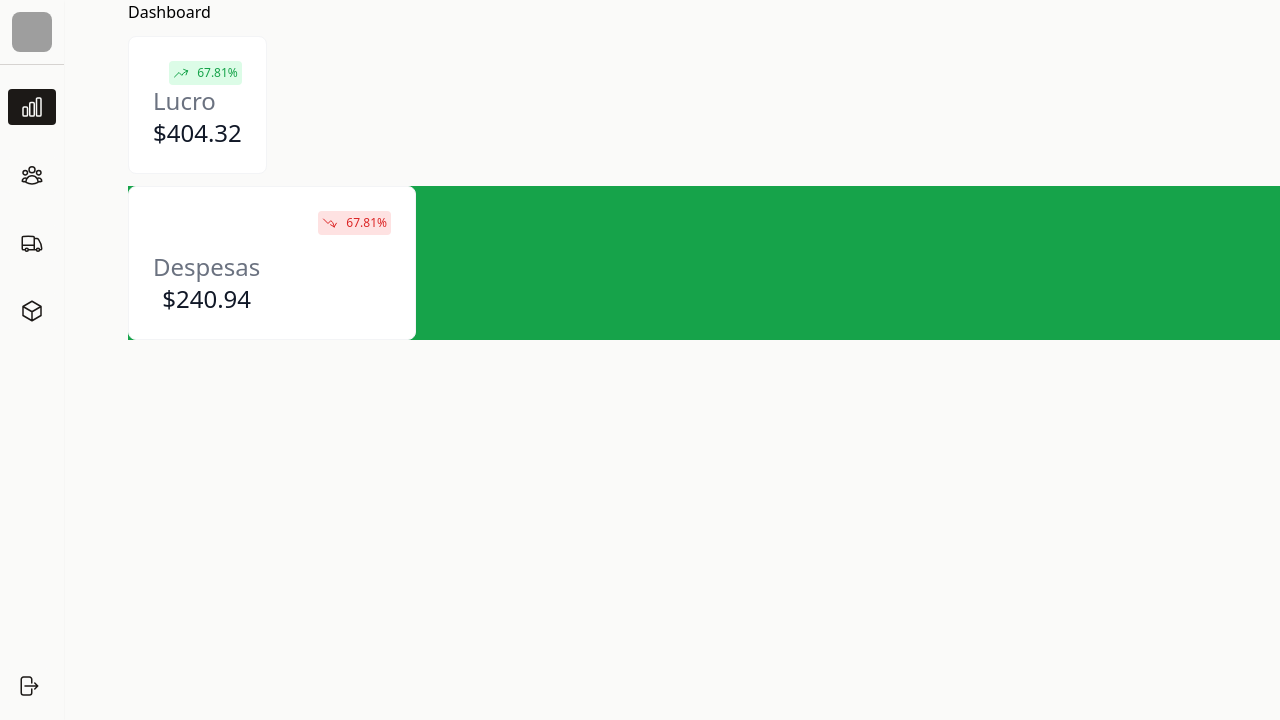
Repository: XavierOtavio/Cuzinhas
Page: /dashboard
An editor plug-in stored every save of this project. The page is shown before and after the next save, followed by the edit.
The browser window is 1280 px wide. The pictures show the whole page.
Pictures or frames that could not be fetched are drawn as grey boxes. The project was rebuilt for these pictures with package versions that can differ from the ones it lists, and the page was loaded fresh each time. Also part of the build but not shown: src/components/Orders.js, src/components/Employees.js, src/components/Login.js, src/components/Register.js, src/components/Home.js, src/components/Logotipo.js, src/components/Header.js, src/components/Footer.js and 1 more.

Above is the page before, as saved 2023-03-08 18:29:52.

### src/App.js
import { Route, Routes } from "react-router-dom";
import LayoutBackend from "./components/LayoutBackend";
import Dashboard from "./components/Dashboard";
import Orders from "./components/Orders";
import Employees from "./components/Employees";
import Login from "./components/Login";
import Register from "./components/Register";
import Home from "./components/Home";
import LayoutFront from "./components/LayoutFront";

function App() {
  return (
    <div className="App">
      <Routes>
        <Route path="/dashboard" element={<LayoutBackend />}>
          <Route path="" element={<Dashboard />} />
          <Route path="orders" element={<Orders />} />
          <Route path="employees" element={<Employees />} />
        </Route>
        <Route path="" element={<LayoutFront />}>
          <Route path="/" element={<Home />} />
        </Route>
        <Route path="/login" element={<Login />} />
        <Route path="/register" element={<Register />} />
      </Routes>
    </div>
  );
}

export default App;

### src/components/LayoutBackend.js
import React from "react";
import SideBar from "./SideBar";
import { Outlet } from "react-router-dom";

export default function LayoutBackend() {
  return (
    <>
      <div className="absolute h-screen w-screen">
        <SideBar />
        <div className="relative flex h-full items-center justify-center bg-stone-50">
          <Outlet />
        </div>
      </div>
    </>
  );
}

### src/components/Dashboard.js
import React from "react";
import {
  ArrowTrendingUpIcon,
  ArrowTrendingDownIcon,
} from "@heroicons/react/24/outline";

export default function Dashboard() {
  return (
    <div className="absolute top-0 left-0 right-0 ml-32">
      <h2 classname="w-full">Dashboard</h2>
      <div classname="grid grid-cols-12 grid-rows-6">
        <div classname="row-span-1 col-start-6 col-end-9 bg-red-600">
          <button className="flex flex-col rounded-lg border border-gray-100 bg-white p-6 my-3">
            <div className="inline-flex gap-2 self-end rounded bg-green-100 p-1 text-green-600">
              <ArrowTrendingUpIcon className="h-4 w-4" />
              <span className="text-xs font-medium"> 67.81% </span>
            </div>
            <div>
              <h1 className="block text-left text-2xl font-medium text-gray-500">
                Lucro
              </h1>
              <p>
                <span className="text-2xl font-medium text-gray-900">
                  {" "}
                  $404.32{" "}
                </span>
              </p>
            </div>
          </button>
        </div>
        <div className="row-start-2 row-end-3 col-start-6 col-end-9 bg-green-600">
          <button class="flex flex-col gap-4 rounded-lg border border-gray-100 bg-white p-6 w-3/12 my-3">
            <div class="inline-flex gap-2 self-end rounded bg-red-100 p-1 text-red-600">
              <ArrowTrendingDownIcon className="h-4 w-4" />

              <span class="text-xs font-medium"> 67.81% </span>
            </div>

            <div>
              <strong class="block text-left text-2xl font-medium text-gray-500">
                Despesas
              </strong>

              <p>
                <span class="text-2xl font-medium text-gray-900">
                  {" "}
                  $240.94{" "}
                </span>
              </p>
            </div>
          </button>
        </div>
      </div>
    </div>
  );
}

### src/components/SideBar.js
import React from "react";
import { Link, useLocation } from "react-router-dom";
import {
  ArrowRightOnRectangleIcon,
  ChartBarIcon,
  CubeIcon,
  TruckIcon,
  UserGroupIcon,
} from "@heroicons/react/24/outline";

export default function SideBar() {
  const location = useLocation();
  return (
    <div className="absolute inset-y-0 left-0 z-10 w-16 shadow-sm bg-stone-50">
      <div>
        <div className="inline-flex h-16 w-16 items-center justify-center">
          <Link
            to="/profile"
            className="group relative flex justify-center rounded"
          >
            <img
              alt="user"
              className="rounded-lg h-10 w-10"
              src="https://cdn.discordapp.com/attachments/1082425024104894666/1082799435727253584/xSVMV6xD9Cf7K56wjeEF--1--2htnr.jpg"
            />
            <span className="absolute left-full text-left whitespace-nowrap top-1/2 ml-4 -translate-y-1/2 rounded bg-stone-900 px-2 py-1.5 text-xs font-medium text-stone-50 opacity-0 group-hover:opacity-100">
              Perfil <p className="font-light">Xavier Otávio</p>
            </span>
          </Link>
        </div>
        <div className="border-t border-stone-300">
          <nav aria-label="Main" className="flex flex-col p-2">
            <div className="py-4">
              <Link
                to="/dashboard"
                className={`group relative flex  justify-center rounded  px-2 py-1.5  ${
                  location.pathname === "/dashboard"
                    ? "bg-stone-900 text-stone-50"
                    : "bg-stone-50 text-stone-900"
                }`}
              >
                <ChartBarIcon className="h-6 w-6" />
                <span className="absolute left-full top-1/2 ml-4 -translate-y-1/2 rounded bg-stone-900 px-2 py-1.5 text-xs font-medium text-stone-50 opacity-0 group-hover:opacity-100">
                  Dashboard
                </span>
              </Link>
            </div>
            <div className="py-4">
              <Link
                to="/dashboard/employees"
                className={`group relative flex  justify-center rounded  px-2 py-1.5  ${
                  location.pathname === "/dashboard/employees"
                    ? "bg-stone-900 text-stone-50"
                    : "bg-stone-50 text-stone-900"
                }`}
              >
                <UserGroupIcon className="h-6 w-6" />
                <span className="absolute left-full top-1/2 ml-4 -translate-y-1/2 rounded bg-stone-900 px-2 py-1.5 text-xs font-medium text-stone-50 opacity-0 group-hover:opacity-100">
                  Empregados
                </span>
              </Link>
            </div>
            <div className="py-4">
              <Link
                to="/dashboard/orders"
                className={`group relative flex  justify-center rounded  px-2 py-1.5  ${
                  location.pathname === "/dashboard/orders"
                    ? "bg-stone-900 text-stone-50"
                    : "bg-stone-50 text-stone-900"
                }`}
              >
                <TruckIcon className="h-6 w-6" />
                <span className="absolute left-full top-1/2 ml-4 -translate-y-1/2 rounded bg-stone-900 px-2 py-1.5 text-xs font-medium text-stone-50 opacity-0 group-hover:opacity-100">
                  Encomendas
                </span>
              </Link>
            </div>
            <div className="py-4">
              <Link
                to="/dashboard/stock"
                className={`group relative flex  justify-center rounded  px-2 py-1.5  ${
                  location.pathname === "/dashboard/stock"
                    ? "bg-stone-900 text-stone-50"
                    : "bg-stone-50 text-stone-900"
                }`}
              >
                <CubeIcon className="h-6 w-6" />
                <span className="absolute left-full top-1/2 ml-4 -translate-y-1/2 rounded bg-stone-900 px-2 py-1.5 text-xs font-medium text-stone-50 opacity-0 group-hover:opacity-100">
                  Matérias-primas
                </span>
              </Link>
            </div>
            <div className="py-4 bottom-0 absolute">
              <Link
                to="/"
                className="group relative flex  justify-center rounded bg-stone-50 px-2 py-1.5 text-stone-900"
              >
                <ArrowRightOnRectangleIcon className="h-6 w-6" />
                <span className="absolute left-full top-1/2 ml-4 -translate-y-1/2 rounded bg-stone-900 px-2 py-1.5 text-xs font-medium text-stone-50 opacity-0 group-hover:opacity-100">
                  Sair
                </span>
              </Link>
            </div>
          </nav>
        </div>
      </div>
    </div>
  );
}

Loaded but not shown: public/index.html (common file); src/index.js (common file); src/index.css (common file); src/reportWebVitals.js (common file); tailwind.config.js (common file)

After the next save:
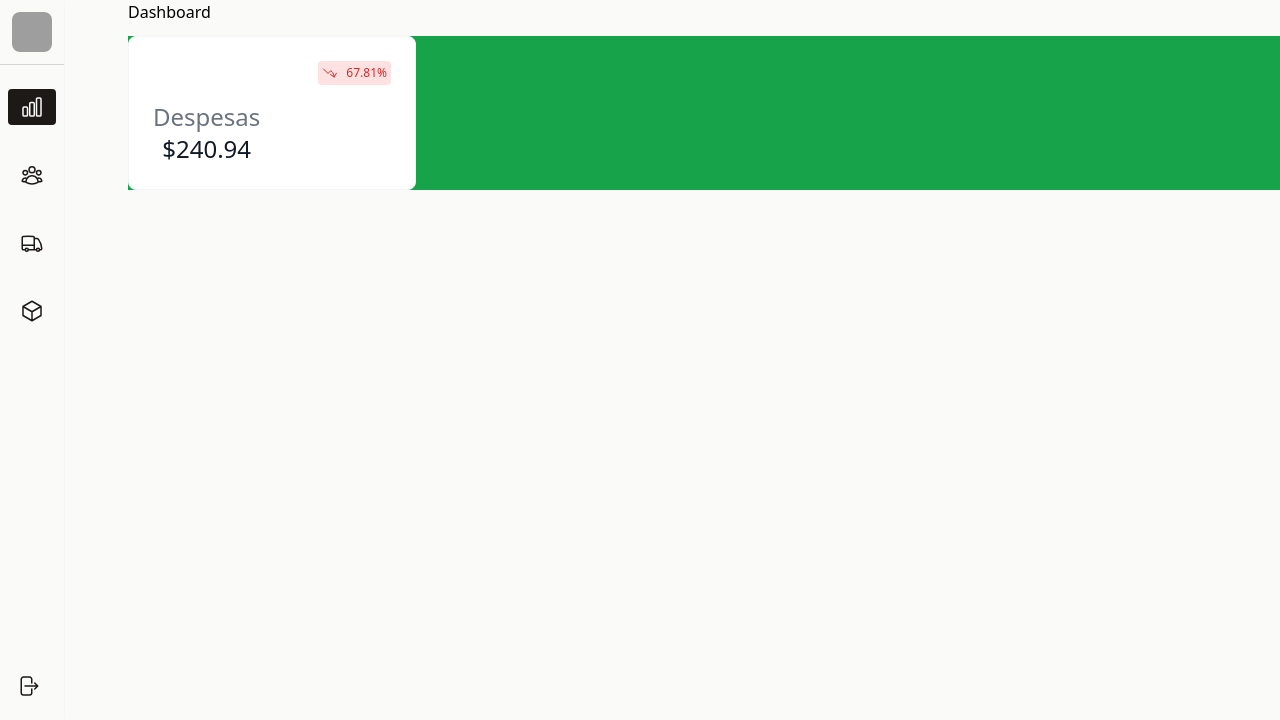
Saved 10 s later.
--- a/src/components/Dashboard.js
+++ b/src/components/Dashboard.js
@@ -9,25 +9,6 @@ export default function Dashboard() {
     <div className="absolute top-0 left-0 right-0 ml-32">
       <h2 classname="w-full">Dashboard</h2>
       <div classname="grid grid-cols-12 grid-rows-6">
-        <div classname="row-span-1 col-start-6 col-end-9 bg-red-600">
-          <button className="flex flex-col rounded-lg border border-gray-100 bg-white p-6 my-3">
-            <div className="inline-flex gap-2 self-end rounded bg-green-100 p-1 text-green-600">
-              <ArrowTrendingUpIcon className="h-4 w-4" />
-              <span className="text-xs font-medium"> 67.81% </span>
-            </div>
-            <div>
-              <h1 className="block text-left text-2xl font-medium text-gray-500">
-                Lucro
-              </h1>
-              <p>
-                <span className="text-2xl font-medium text-gray-900">
-                  {" "}
-                  $404.32{" "}
-                </span>
-              </p>
-            </div>
-          </button>
-        </div>
         <div className="row-start-2 row-end-3 col-start-6 col-end-9 bg-green-600">
           <button class="flex flex-col gap-4 rounded-lg border border-gray-100 bg-white p-6 w-3/12 my-3">
             <div class="inline-flex gap-2 self-end rounded bg-red-100 p-1 text-red-600">
